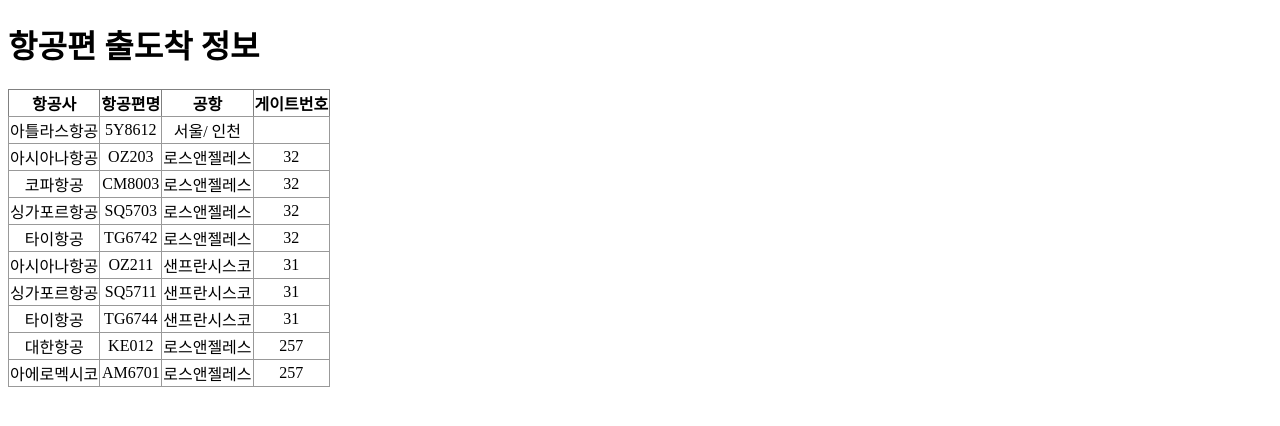
Repository: iamlydiaaaa/OpenAPI_test
Page: http://localhost/weather/liblist.jsp
These files come from the project's save history. The page is drawn as it stood at one moment and after the next save; the edit follows.
The browser window is 1280 px wide. The pictures show the whole page.
The page is served by Tomcat 9. Other server files are loaded and not shown.

Above is the page before, as saved 2022-10-11 07:18:07.

### weather/src/main/webapp/liblist.jsp
<%@ page language="java" contentType="text/html; charset=UTF-8"
    pageEncoding="UTF-8"%>
<!DOCTYPE html>
<html>
<head>
<meta charset="UTF-8">
<title>liblist</title>
<script type="text/javascript" src="./js/jquery-3.6.1.js"></script>
<script type="text/javascript" src="./js/lib01.js"></script>
<style>
	.flight_table{border-collapse: collapse; text-align: center;}
	.flight_table thead{}
	.flight_table tbody{}
	.flight_table tr{}
	.flight_table td{border: 1px solid #999; border-collapse: collapse;}
</style>
</head>
<body>
<h1>항공편 출도착 정보</h1>
	<table border="1" class="flight_table">
		<thead>

		</thead>
		<tbody>

		</tbody>
	</table>
</body>
</html>

### weather/src/main/webapp/js/lib01.js
$(function(){
	getJson();
});

//json데이터 읽어오는 함수
function getJson(){
	//lib.json에서 데이터 가져옴->function(data)로 처리->data에 저장
	$.getJSON("json/lib.json",function(data){
		$.each(data,function(key,val){
				if(key=="DESC"){
					$("table").attr("border","1");
					$("thead").append(
						"<tr>"+
						"<th>" + val.airline + "</th>" +
						"<th>" + val.flightId + "</th>" +
						"<th>" + val.airport + "</th>" +
						"<th>" + val.gatenumber + "</th>" +

						"</tr>"
					)
				} else{
				var list = val;
				for(var i = 0; i<list.length; i++){
					var str = list[i];
					$("tbody").append(
						"<tr>"+
						"<td>" + str.airline + "</td>" +
						"<td>" + str.flightId + "</td>" +
						"<td>" + str.airport + "</td>" +
						"<td>" + str.gatenumber + "</td>" +
						"</tr>"
					)
				}
			}
		});
	});
}

### weather/src/main/webapp/json/lib.json
 {
	"DESC" : {
		"airline": "항공사",
            "flightId": "항공편명",
            "scheduleDateTime": "출발시각",
            "estimatedDateTime": "도착시각",
            "airport": "공항",
            "gatenumber": "게이트번호",
            "carousel": "수하물",
            "exitnumber": "출구",
            "remark": "도착",
            "airportCode": "공항코드",
            "yoil": null,
            "himidity": null,
            "wind": null,
            "temp": null,
            "senstemp": null,
            "wimage": null,
            "terminalid": "C02"
	},
    "items": [
        {
            "airline": "아틀라스항공",
            "flightId": "5Y8612",
            "scheduleDateTime": "0100",
            "estimatedDateTime": "0058",
            "airport": "서울/ 인천",
            "gatenumber": "",
            "carousel": "",
            "exitnumber": "",
            "remark": "도착",
            "airportCode": "ICN",
            "yoil": null,
            "himidity": null,
            "wind": null,
            "temp": null,
            "senstemp": null,
            "wimage": null,
            "terminalid": "C02"
        }, {
            "airline": "아시아나항공",
            "flightId": "OZ203",
            "scheduleDateTime": "0400",
            "estimatedDateTime": "0341",
            "airport": "로스앤젤레스",
            "gatenumber": "32",
            "carousel": "18",
            "exitnumber": "E",
            "remark": "도착",
            "airportCode": "LAX",
            "yoil": "화",
            "himidity": "87",
            "wind": "0.0",
            "temp": "18.3",
            "senstemp": "18.3",
            "wimage": "https://odp.airport.kr/apiPortal/weather_icon/icon02",
            "terminalid": "P01"
        }, {
            "airline": "코파항공",
            "flightId": "CM8003",
            "scheduleDateTime": "0400",
            "estimatedDateTime": "0341",
            "airport": "로스앤젤레스",
            "gatenumber": "32",
            "carousel": "18",
            "exitnumber": "E",
            "remark": "도착",
            "airportCode": "LAX",
            "yoil": "화",
            "himidity": "87",
            "wind": "0.0",
            "temp": "18.3",
            "senstemp": "18.3",
            "wimage": "https://odp.airport.kr/apiPortal/weather_icon/icon02",
            "terminalid": "P01"
        }, {
            "airline": "싱가포르항공",
            "flightId": "SQ5703",
            "scheduleDateTime": "0400",
            "estimatedDateTime": "0341",
            "airport": "로스앤젤레스",
            "gatenumber": "32",
            "carousel": "18",
            "exitnumber": "E",
            "remark": "도착",
            "airportCode": "LAX",
            "yoil": "화",
            "himidity": "87",
            "wind": "0.0",
            "temp": "18.3",
            "senstemp": "18.3",
            "wimage": "https://odp.airport.kr/apiPortal/weather_icon/icon02",
            "terminalid": "P01"
        }, {
            "airline": "타이항공",
            "flightId": "TG6742",
            "scheduleDateTime": "0400",
            "estimatedDateTime": "0341",
            "airport": "로스앤젤레스",
            "gatenumber": "32",
            "carousel": "18",
            "exitnumber": "E",
            "remark": "도착",
            "airportCode": "LAX",
            "yoil": "화",
            "himidity": "87",
            "wind": "0.0",
            "temp": "18.3",
            "senstemp": "18.3",
            "wimage": "https://odp.airport.kr/apiPortal/weather_icon/icon02",
            "terminalid": "P01"
        }, {
            "airline": "아시아나항공",
            "flightId": "OZ211",
            "scheduleDateTime": "0400",
            "estimatedDateTime": "0354",
            "airport": "샌프란시스코",
            "gatenumber": "31",
            "carousel": "17",
            "exitnumber": "E",
            "remark": "도착",
            "airportCode": "SFO",
            "yoil": "화",
            "himidity": "93",
            "wind": "4.6",
            "temp": "12.8",
            "senstemp": "11.2",
            "wimage": "https://odp.airport.kr/apiPortal/weather_icon/icon02",
            "terminalid": "P01"
        }, {
            "airline": "싱가포르항공",
            "flightId": "SQ5711",
            "scheduleDateTime": "0400",
            "estimatedDateTime": "0354",
            "airport": "샌프란시스코",
            "gatenumber": "31",
            "carousel": "17",
            "exitnumber": "E",
            "remark": "도착",
            "airportCode": "SFO",
            "yoil": "화",
            "himidity": "93",
            "wind": "4.6",
            "temp": "12.8",
            "senstemp": "11.2",
            "wimage": "https://odp.airport.kr/apiPortal/weather_icon/icon02",
            "terminalid": "P01"
        }, {
            "airline": "타이항공",
            "flightId": "TG6744",
            "scheduleDateTime": "0400",
            "estimatedDateTime": "0354",
            "airport": "샌프란시스코",
            "gatenumber": "31",
            "carousel": "17",
            "exitnumber": "E",
            "remark": "도착",
            "airportCode": "SFO",
            "yoil": "화",
            "himidity": "93",
            "wind": "4.6",
            "temp": "12.8",
            "senstemp": "11.2",
            "wimage": "https://odp.airport.kr/apiPortal/weather_icon/icon02",
            "terminalid": "P01"
        }, {
            "airline": "대한항공",
            "flightId": "KE012",
            "scheduleDateTime": "0450",
            "estimatedDateTime": "0411",
            "airport": "로스앤젤레스",
            "gatenumber": "257",
            "carousel": "8",
            "exitnumber": "B",
            "remark": "도착",
            "airportCode": "LAX",
            "yoil": "화",
            "himidity": "87",
            "wind": "0.0",
            "temp": "18.3",
            "senstemp": "18.3",
            "wimage": "https://odp.airport.kr/apiPortal/weather_icon/icon02",
            "terminalid": "P03"
        }, {
            "airline": "아에로멕시코",
            "flightId": "AM6701",
            "scheduleDateTime": "0450",
            "estimatedDateTime": "0411",
            "airport": "로스앤젤레스",
            "gatenumber": "257",
            "carousel": "8",
            "exitnumber": "B",
            "remark": "도착",
            "airportCode": "LAX",
            "yoil": "화",
            "himidity": "87",
            "wind": "0.0",
            "temp": "18.3",
            "senstemp": "18.3",
            "wimage": "https://odp.airport.kr/apiPortal/weather_icon/icon02",
            "terminalid": "P03"
        }]
}

Loaded but not shown: weather/src/main/webapp/js/jquery-3.6.1.js (library)

After the next save:
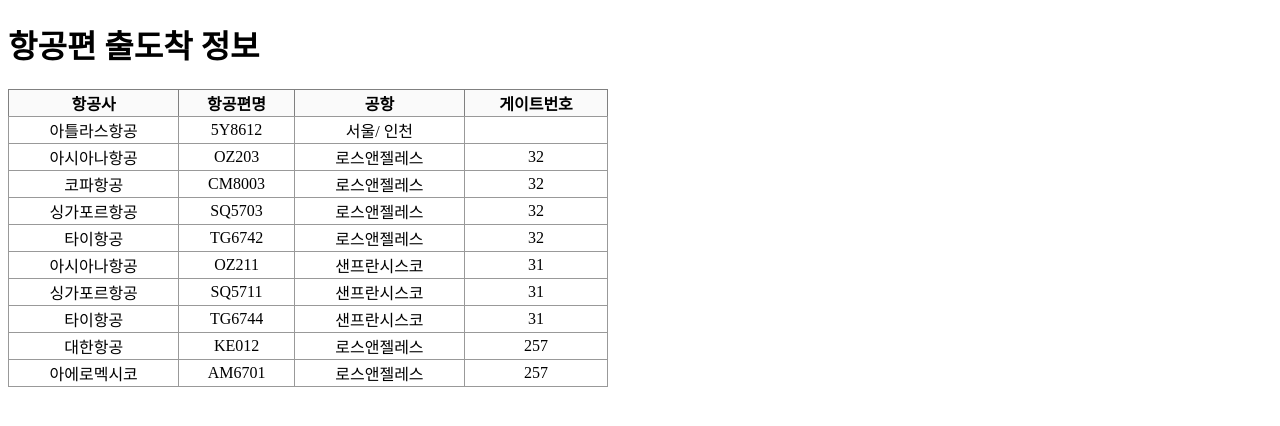
Saved 8 min 46 s later.
--- a/weather/src/main/webapp/liblist.jsp
+++ b/weather/src/main/webapp/liblist.jsp
@@ -4,12 +4,12 @@
 <html>
 <head>
 <meta charset="UTF-8">
-<title>liblist</title>
+<title>항공편 출도착 정보 - liblist</title>
 <script type="text/javascript" src="./js/jquery-3.6.1.js"></script>
 <script type="text/javascript" src="./js/lib01.js"></script>
 <style>
-	.flight_table{border-collapse: collapse; text-align: center;}
-	.flight_table thead{}
+	.flight_table{border-collapse: collapse; text-align: center; width: 600px}
+	.flight_table thead{background-color: #fafafa}
 	.flight_table tbody{}
 	.flight_table tr{}
 	.flight_table td{border: 1px solid #999; border-collapse: collapse;}
